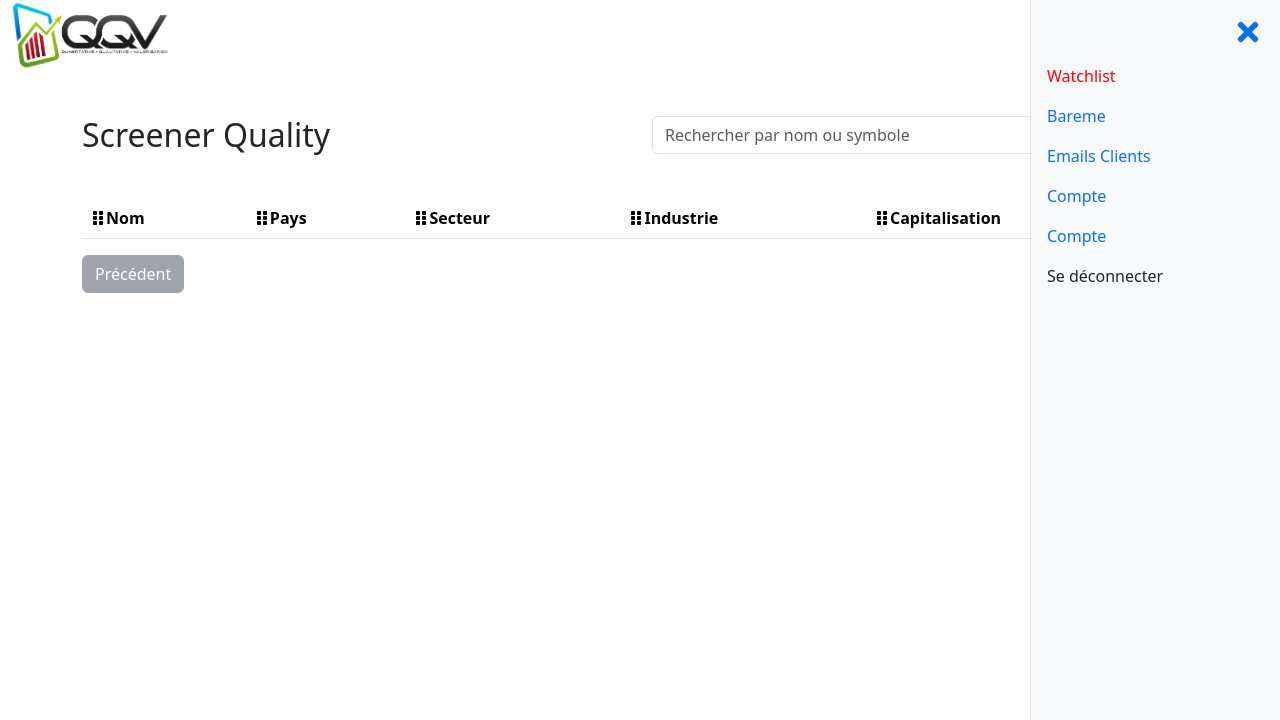
Repository: adamaadev/comeup
Page: /watchlist (app in admin/), after clicking the first element matching `button.btn`
The author's editor kept a copy of each file at every save. The page is drawn from the files as they stood at one save, then again after the next save.
The browser window is 1280 px wide. The pictures show the whole page.
The page's requests for data from a server got no answer. The project was rebuilt for these pictures with package versions that can differ from the ones it lists, and the page was loaded fresh each time. No one was signed in, and anything a server would have sent is missing. Also part of the build but not shown: admin/src/pages/Auth/Login.js, admin/src/pages/Home/Prix.js, admin/src/pages/Home/Douve.js, admin/src/pages/Home/Scenario.js, admin/src/pages/Services/Questions.js, admin/src/pages/Home/Analyse.js, admin/src/pages/Home/Foire.js, admin/src/pages/Home/Quali.js and 9 more.

Above is the page before, as saved 2024-09-09 17:01:53.

### admin/public/index.html
<!DOCTYPE html>
<html lang="en">
  <head>
    <meta charset="utf-8" />
    <link rel="icon" href="%PUBLIC_URL%/favicon.ico" />
    <meta name="viewport" content="width=device-width, initial-scale=1" />
    <meta name="theme-color" content="#000000" />
    <meta
      name="description"
      content="Web site created using create-react-app"
    />
    <link rel="apple-touch-icon" href="%PUBLIC_URL%/logo192.png" />
    <link href='https://cdn.jsdelivr.net/npm/boxicons@2.0.9/css/boxicons.min.css' rel='stylesheet'>

    <!--
      manifest.json provides metadata used when your web app is installed on a
      user's mobile device or desktop. See https://developers.google.com/web/fundamentals/web-app-manifest/
    -->
    <link rel="manifest" href="%PUBLIC_URL%/manifest.json" />
    <!--
      Notice the use of %PUBLIC_URL% in the tags above.
      It will be replaced with the URL of the `public` folder during the build.
      Only files inside the `public` folder can be referenced from the HTML.

      Unlike "/favicon.ico" or "favicon.ico", "%PUBLIC_URL%/favicon.ico" will
      work correctly both with client-side routing and a non-root public URL.
      Learn how to configure a non-root public URL by running `npm run build`.
    -->
    <title>React App</title>
  </head>
  <body>
    <noscript>You need to enable JavaScript to run this app.</noscript>
    <div id="root"></div>
    <!--
      This HTML file is a template.
      If you open it directly in the browser, you will see an empty page.

      You can add webfonts, meta tags, or analytics to this file.
      The build step will place the bundled scripts into the <body> tag.

      To begin the development, run `npm start` or `yarn start`.
      To create a production bundle, use `npm run build` or `yarn build`.
    -->
  </body>
</html>

### admin/src/index.js
import React from 'react';
import App from './App';
import './pages/style/index.css';
import ReactDOM from 'react-dom/client';
import 'bootstrap/dist/css/bootstrap.min.css';

const root = ReactDOM.createRoot(document.getElementById('root'));
root.render(
    <App />
);

### admin/src/App.js
import React, { useEffect, useState } from 'react'
import axios from 'axios';
import Home from './pages/Home/Home';
import Login from './pages/Auth/Login';
import WatchList from './pages/Home/Watchlist';
import Details from './pages/Home/Details';
import Setting from './pages/Home/Setting';
import Forget from './pages/Auth/Forget';
import Screener from './pages/Home/Screener';
import ResetPassword from './pages/Auth/ResetPassword';
import Signup from './pages/Auth/Signup';
import Gestion from './pages/Home/Gestion';
import { BrowserRouter , Routes , Route , Navigate} from 'react-router-dom';
import Bareme from './pages/Home/Bareme';

export default function App() {
  const [auth, setauth] = useState(false);
  const type = "admin";

  axios.defaults.withCredentials = true;
  useEffect(() => {
    axios.post('http://localhost:4000/',{ type }).then(res => {
      if (res.data.success) {
        setauth(true);
      }
    });
  }, []);

  return (
    <BrowserRouter>
      <Routes>
        <Route path='/' element = { <Home/> }>
          <Route path='/' element = {<Screener/> }/>
          <Route path='/watchlist' element = {<WatchList/>}/>
          <Route path='/gestion' element = {<Gestion/>}/>
          <Route path='/details/:symbol' element = {<Details/>}/>
          <Route path='/compte' element = {<Setting/>}/>
          <Route path='/bareme' element={<Bareme/>}/>
        </Route>
        <Route path='/forget' element = {auth ? <Navigate to="/" /> : <Forget/>}/>
        <Route path='/reset-password/:token' element = {auth ? <Navigate to="/" /> : <ResetPassword/>}/>
        <Route path='/login' element = {auth ? <Navigate to="/" /> :<Login />}/>
        <Route path='*' element = { auth ? <Navigate to="/" /> : <Login />}/>
        <Route path='/signup' element = { auth ? <Navigate to="/" /> : <Signup />}/>
      </Routes>
    </BrowserRouter>
  )
}

### admin/src/pages/style/index.css
.active{
    color: red;
}

  .table th {
    height: 60px; /* Hauteur fixe pour les th */
  }

  @media (max-width: 768px) {
    .table-responsive {
      overflow-x: auto;
    }

    .table th, .table td {
      font-size: 14px;
      height: auto;
    }

    .company-logo {
      width: 40px;
      height: 40px;
    }
  }
  .text-center {
    text-align: center;
  }

  .symbol{
    font-weight: bold;
  }

.kilo{
    display: inline-block;
  }

  .sidebar {
    transform: translateX(100%);
    transition: transform 0.3s ease-in-out;
  }

  .sidebar.open {
    transform: translateX(0);
  }

  .header-shadow {
    box-shadow: 0 2px 4px rgba(0,0,0,.1);
  }

  header{
    width: 100% !important;
  }

  .company-logo {
    width: 50px;
    height: 50px;
  }

  .nav-link {
    color: #6c757d; /* Couleur des onglets inactifs */
    font-weight: bold;
  }

  .nav-link.active {
    color: #007bff; /* Couleur de l'onglet actif */
    border-bottom: 3px solid #007bff; /* Soulignement bleu pour l'onglet actif */
  }

  .nav-link:hover {
    color: #0056b3; /* Changement de couleur au survol */
  }

  button.btn {
    display: flex;
    align-items: center;
    gap: 5px;
  }
  .container {
    .company-name {
      font-size: 1.5rem;
      font-weight: bold;
    }
    .stock-price {
      font-size: 1.2rem;
      color: #666;
    }
    .nav-tabs {
      border-bottom: 2px solid #dee2e6;
      .nav-link {
        color: #000;
        &.active {
          font-weight: bold;
          color: #007bff;
          border-bottom: 3px solid #007bff;
        }
      }
    }
    .chart-section {
      width: 70%;
      padding-right: 20px;
    }
    .info-section {
      width: 30%;
      background-color: #f8f9fa;
      padding: 20px;
      height: max-content;
      border-radius: 5px;
    }
  }

  .chart-container {
    position: relative;
    display: flex;
    flex-direction: column;
    align-items: center;
  }

  .chart-wrapper {
    position: relative;
    width: 100%;
    height: 400px;
  }

  .logo-overlay {
    position: absolute;
    top: 50%;
    left: 50%;
    width: 150px;
    height: 150px;
    transform: translate(-50%, -50%);
    pointer-events: none;
  }

  .grid-container {
    display: flex;
    flex-wrap: wrap;
    gap: 20px; /* Espacement entre les colonnes */
  }

  .grid-container ul {
    list-style-type: none;
    padding: 0;
    margin: 0;
    width: 45%; /* Chaque liste prendra environ la moitié de la largeur */
  }

  .grid-container h2 {
    width: 100%; /* Les titres prendront toute la largeur */
  }

  li {
    margin-bottom: 10px; /* Espacement entre les éléments */
  }

### admin/src/pages/Home/Home.js
import { useState, useEffect } from 'react';
import axios from 'axios';
import logo from '../Assets/logo.jpg';
import { Link, NavLink, Outlet, useNavigate } from 'react-router-dom';
import { FaChevronDown, FaChevronUp, FaBars, FaTimes } from 'react-icons/fa';

export default function Home() {
  const type = "admin";
  const navigate = useNavigate();
  const [name, setName] = useState('');
  const [isMenuOpen, setIsMenuOpen] = useState(false);
  const [isSidebarOpen, setIsSidebarOpen] = useState(false);
  const [hasScrolled, setHasScrolled] = useState(false);

  useEffect(() => {
    axios.post('http://localhost:4000/', { type })
      .then(res => {
        setName(res.data.username);
        if (!res.data.success) {
          navigate('/login');
        }
      });
  }, [navigate]);

  useEffect(() => {
    const handleScroll = () => {
      if (window.scrollY > 0) {
        setHasScrolled(true);
      } else {
        setHasScrolled(false);
      }
    };

    window.addEventListener('scroll', handleScroll);
    return () => {
      window.removeEventListener('scroll', handleScroll);
    };
  }, []);

  const handleLogout = () => {
    axios.post('http://localhost:4000/logout', { type })
      .then(res => {
        if (res.data.success) {
          window.location.reload(true);
        }
      });
  };

  return (
    <div className="d-flex">
      <div className="flex-grow-1 p-3">
        <header className={`d-flex justify-content-between align-items-center py-3 ${hasScrolled ? 'header-shadow' : ''}`} style={{ position: 'fixed', top: 0, left: 0, width: '100%', height: "10%", backgroundColor: '#fff', zIndex: 1000 }}>
          <NavLink to="/" style={{ textDecoration: 'none' }}>
            <img src={logo} style={{ maxWidth: '180px', maxHeight: '180px', display: 'block', margin: '0 auto' }} alt="Logo" />
          </NavLink>
          <button onClick={() => setIsSidebarOpen(!isSidebarOpen)} className="btn btn-link p-0 d-flex align-items-center">
            <FaBars color='#2a2a2a' size={30} />
          </button>
        </header>
        <div style={{ marginTop: '100px' }}>
          <Outlet />
        </div>
      </div>
      {isSidebarOpen && (
        <aside className={`bg-light border-start p-3 position-fixed top-0 end-0 vh-100 sidebar ${isSidebarOpen ? 'open' : ''}`} style={{ minWidth: '250px', zIndex: '1000' }}>
          <button onClick={() => setIsSidebarOpen(false)} className="btn btn-link p-0 position-absolute top-0 end-0 m-3">
            <FaTimes size={30} />
          </button>
          <nav className="d-flex flex-column mt-5">
            <NavLink to={'/watchlist'} style={{ textDecoration: 'none' }} className="mb-3">Watchlist</NavLink>
            <NavLink to={'/bareme'} style={{ textDecoration: 'none' }} className="mb-3">Bareme</NavLink>
            <NavLink to={'/gestion'} style={{ textDecoration: 'none' }} className="mb-3">Emails Clients</NavLink>
            <NavLink to={'/compte'} style={{ textDecoration: 'none' }} className="mb-3">Compte</NavLink>
            <Link onClick={handleLogout} style={{ textDecoration: 'none' }} className="mb-3">Compte</Link>
            <button onClick={handleLogout} className="dropdown-item btn btn-link" style={{ textDecoraton: 'none' }}>Se déconnecter</button>
          </nav>
        </aside>
      )}
    </div>
  );
}

Loaded but not shown: admin/src/pages/Home/Watchlist.js (395 lines, source omitted)

After the next save:
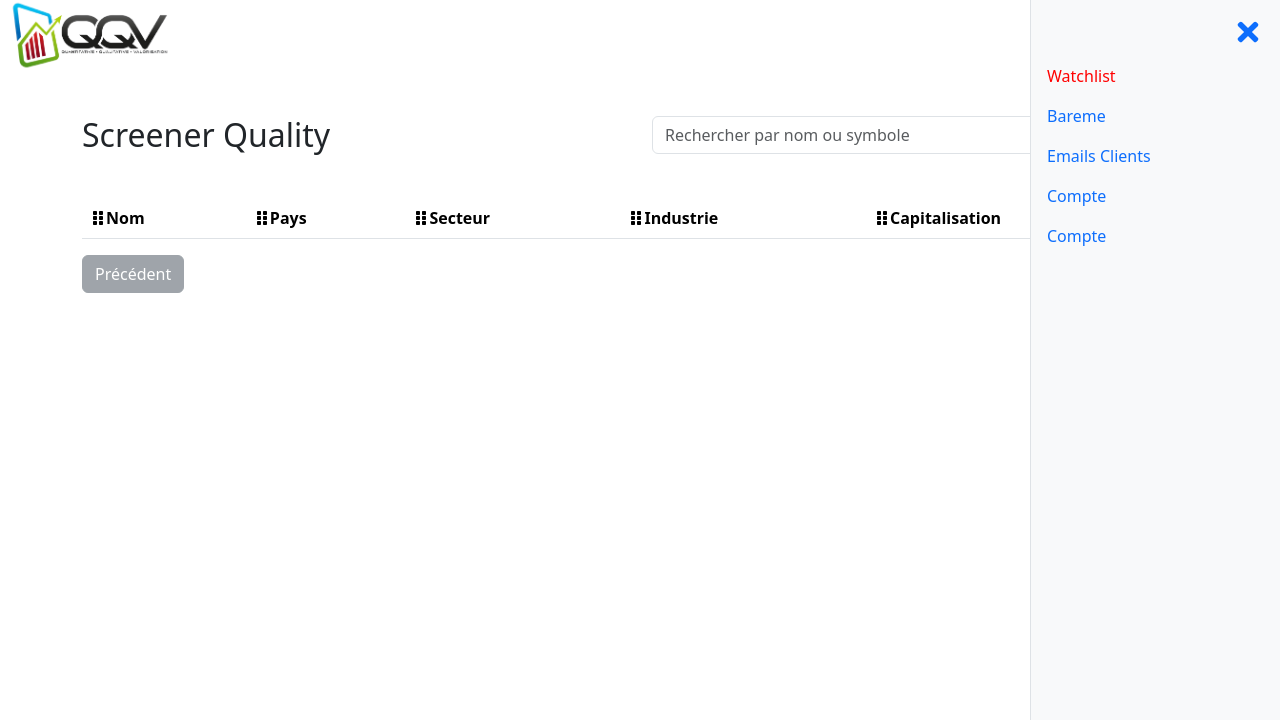
Saved 50 s later.
--- a/admin/src/pages/Home/Home.js
+++ b/admin/src/pages/Home/Home.js
@@ -72,7 +72,6 @@ export default function Home() {
             <NavLink to={'/gestion'} style={{ textDecoration: 'none' }} className="mb-3">Emails Clients</NavLink>
             <NavLink to={'/compte'} style={{ textDecoration: 'none' }} className="mb-3">Compte</NavLink>
             <Link onClick={handleLogout} style={{ textDecoration: 'none' }} className="mb-3">Compte</Link>
-            <button onClick={handleLogout} className="dropdown-item btn btn-link" style={{ textDecoraton: 'none' }}>Se déconnecter</button>
           </nav>
         </aside>
       )}
